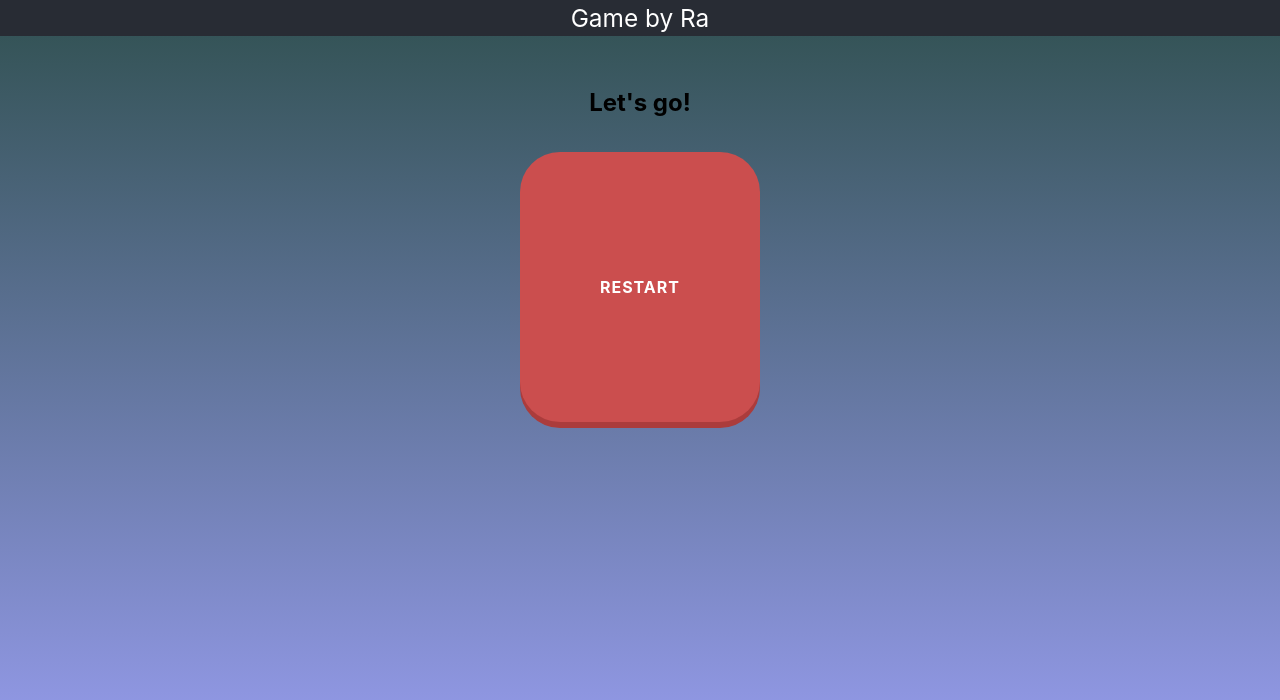
Repository: Sergioramasano/ramos-game
Page: /
The author's editor kept a copy of each file at every save. The page is drawn from the files as they stood at one save, then again after the next save.
The browser window is 1280 px wide. The pictures show the whole page.
The project was rebuilt for these pictures with package versions that can differ from the ones it lists, and the page was loaded fresh each time. Also part of the build but not shown: src/components/Cards.js.

Above is the page before, as saved 2021-02-11 19:34:12.

After the next save:
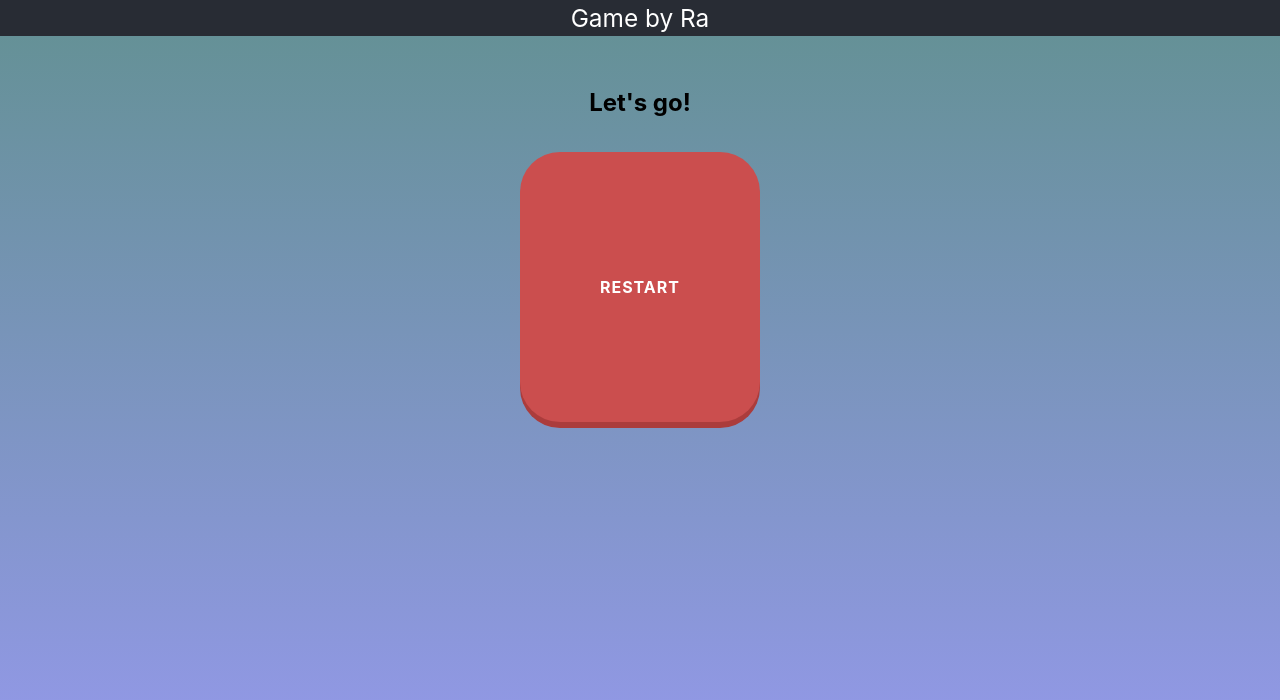
Saved 10 s later.
--- a/src/components/GameBox/Gamebox.module.css
+++ b/src/components/GameBox/Gamebox.module.css
@@ -1,6 +1,6 @@
 .gamebox {
   height: 95vh;
-  background: linear-gradient(#355458, #9198e5);
+  background: linear-gradient(#659197, #9198e5);
   padding: 2rem;
   box-sizing: border-box;
 }
